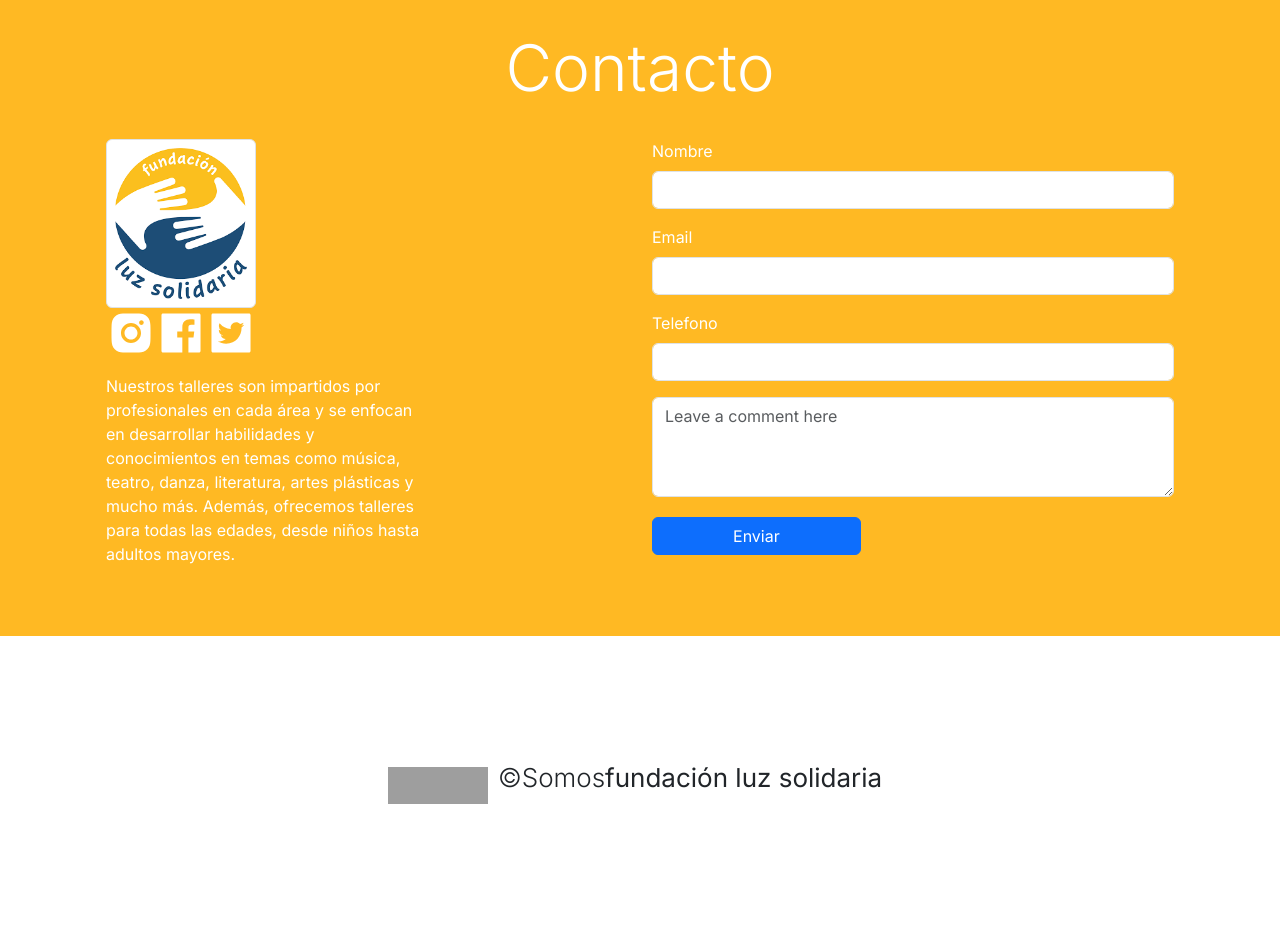
Repository: JtoralesK/dwf11
Page: /
The author's editor kept a copy of each file at every save. The page is drawn from the files as they stood at one save, then again after the next save.
The browser window is 1280 px wide. The pictures show the whole page.
Pictures or frames that could not be fetched are drawn as grey boxes. The project was rebuilt for these pictures with package versions that can differ from the ones it lists, and the page was loaded fresh each time. The framework's server and built-in components were replaced by stand-ins that run in the browser. Also part of the build but not shown: next.config.js.

Above is the page before, as saved 2023-05-31 18:45:38.

After the next save:
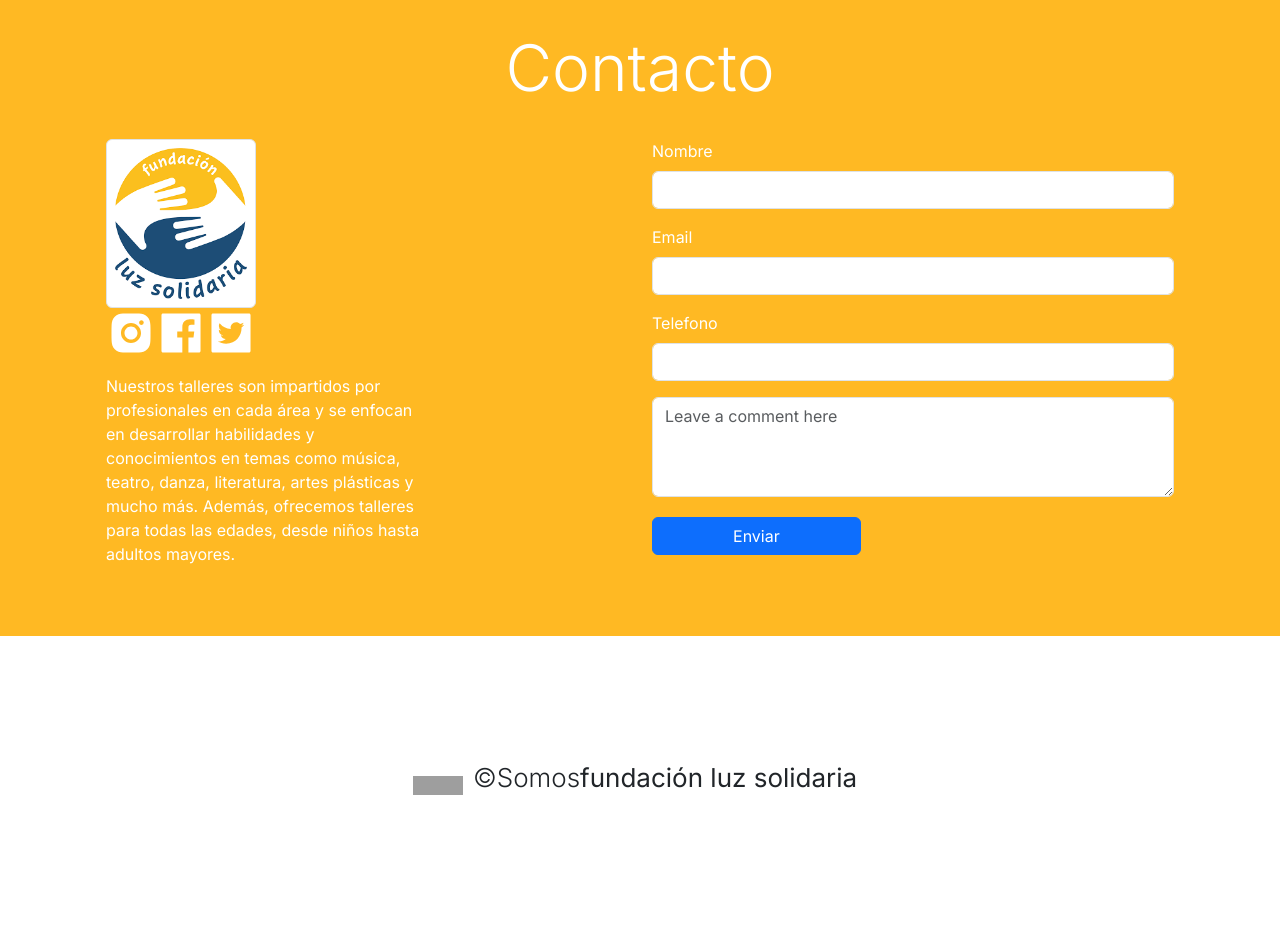
Saved 15 min 46 s later.
--- a/src/app/components/footer/style.css
+++ b/src/app/components/footer/style.css
@@ -26,5 +26,5 @@
     font-weight: 300;
 }
 .link-redes_sociales{
-    width: 50px;
+    width: 25px;
 }
